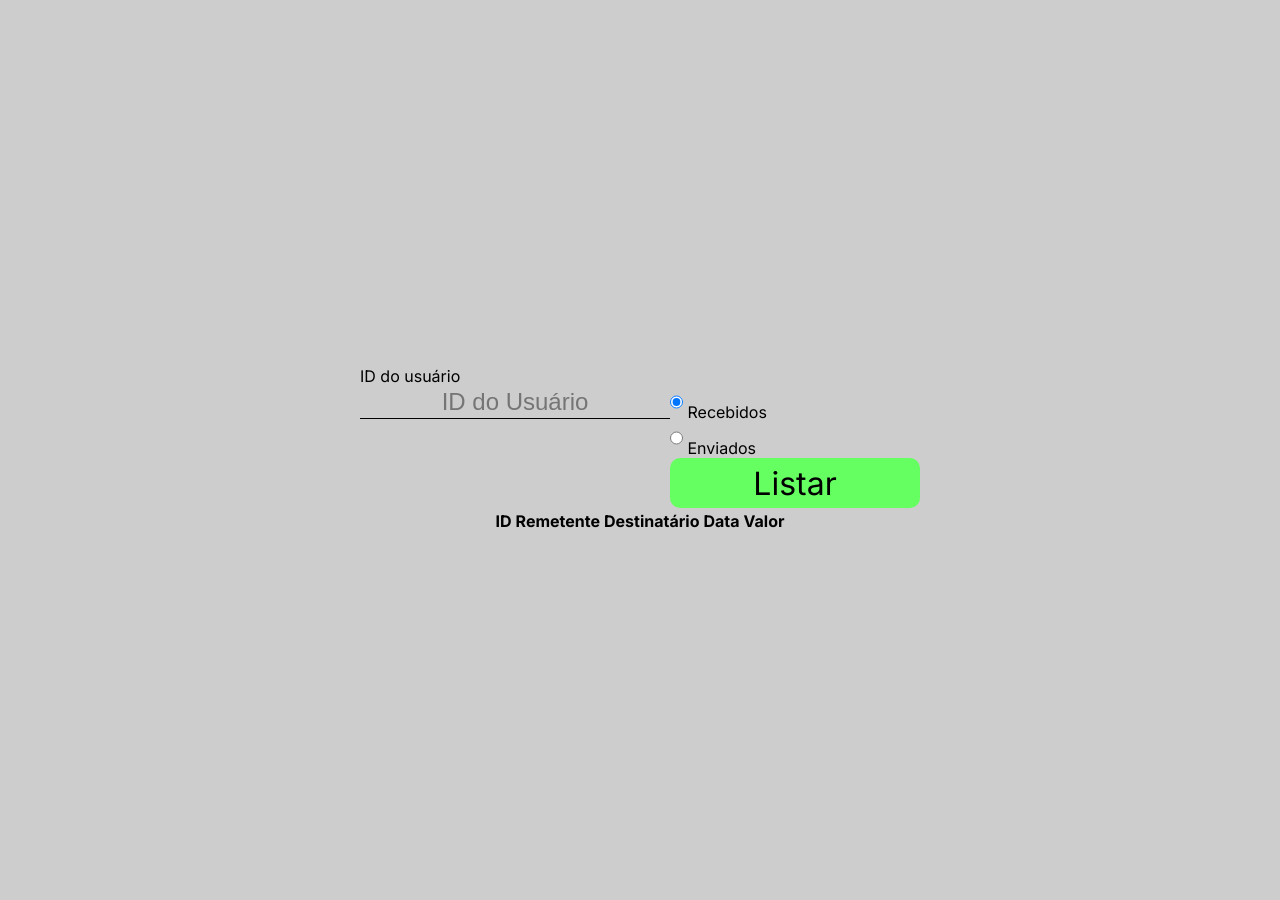
Repository: mateusilva8/tarefa-pix
Page: frontend/index.html
An editor plug-in stored every save of this project. The page is shown before and after the next save, followed by the edit.
The browser window is 1280 px wide. The pictures show the whole page.

Above is the page before, as saved 2023-10-22 14:45:41.

### frontend/index.html
<!DOCTYPE html>
<html lang="pt-BR">
<head>
  <meta charset="UTF-8">
  <meta name="viewport" content="width=device-width, initial-scale=1.0">
  <title>CRIE_TI PIX</title>
  <link rel="stylesheet" href="./css/index.css">
  <link rel="preconnect" href="https://fonts.googleapis.com">
  <link rel="preconnect" href="https://fonts.gstatic.com" crossorigin>
  <link href="https://fonts.googleapis.com/css2?family=Inter:wght@400;700&display=swap" rel="stylesheet">
</head>
<body>
  <div class="container">

    <form id="formulario" class="formulario">
      <label for="id">ID do usuário</label>
      <div class="formulario-body">
        <input class="idInput" type="number" placeholder="ID do Usuário" id="id"></input>
        <div class="formulario-select">
          <div class="form-check">
            <input class="form-check-input" type="radio" name="exampleRadios" id="exampleRadios1" value="received" checked>
            <label class="form-check-label" for="exampleRadios1">Recebidos</label>
          </div>

          <div class="form-check">
            <input class="form-check-input" type="radio" name="exampleRadios" id="exampleRadios2" value="sent">
            <label class="form-check-label" for="exampleRadios2">Enviados</label>
          </div>
          <button type="button" class="btn btn-success" id="botaoListar">Listar</button>
        </div>
      </div>
    </form>

    <table class="table table-bordered">
      <thead>
        <tr>
          <th scope="col">ID</th>
          <th scope="col">Remetente</th>
          <th scope="col">Destinatário</th>
          <th scope="col">Data</th>
          <th scope="col">Valor</th>
        </tr>
      </thead>
      <tbody id="pix-list"></tbody>
    </table>
  </div>



  <script src="https://code.jquery.com/jquery-3.3.1.slim.min.js" integrity="sha384-q8i/X+965DzO0rT7abK41JStQIAqVgRVzpbzo5smXKp4YfRvH+8abtTE1Pi6jizo" crossorigin="anonymous"></script>
  <script src="https://cdnjs.cloudflare.com/ajax/libs/popper.js/1.14.3/umd/popper.min.js" integrity="sha384-ZMP7rVo3mIykV+2+9J3UJ46jBk0WLaUAdn689aCwoqbBJiSnjAK/l8WvCWPIPm49" crossorigin="anonymous"></script>
  <script src="./js/index.js"></script>
</body>
</html>

### frontend/css/index.css
body {
    margin: 0;
    padding: 0;
    font-family: 'Inter', sans-serif;
    background-color: #cdcdcd;
}


.container {
    display: flex;
    flex-direction: column;
    height: 700px;
    margin: 100px;
    justify-content: center;
    align-items: center;
}

.formulario-body {
    display: flex;
    flex-direction: row;
}

input[type=number]::-webkit-inner-spin-button,
    input[type=number]::-webkit-outer-spin-button {
        -webkit-appearance: none;
        margin: 0;
    }

input {
    height: 2rem;
    margin: 0;
    padding: 0;
    border: none;
    border-bottom: 1px solid #000;
    outline: none;
    font-size: 1.5rem;
    text-align: center;
    background-color: #cdcdcd;

    &:focus {
        border-bottom: 2px solid #00f;
    }
}

.btn {
    width: 250px;
    height: 50px;
    font-size: 2rem;
    font-family: 'Inter';
    font-weight: 400;
    background-color: rgb(102, 255, 97);
    border: 0;
    border-radius: 10px;
}

### frontend/js/index.js
let userId = document.getElementById('id');
let type = document.querySelector('#form-check-input:checked');

let form = document.getElementById('formulario');

let pixList = document.getElementById("pix-list");

async function getPixUsuario() {
    let payload = {
        userId: userId.value,
        type: form.exampleRadios.value,
      };

      console.log(JSON.stringify(payload));

      let resposta = await fetch(`http://localhost:3000/pix-api/pix/usuarios`, {
        method: 'POST',
        headers: {
            "Content-type" : 'application/json',
            "Acccept": 'appplication/json'
        },
        body: JSON.stringify(payload)
      });

      let listaPix = await resposta.json();

      console.log(listaPix);

    for (let pix of listaPix) {

      let tr = document.createElement("tr");
      let tdId = document.createElement("th");
      let tdRemetente = document.createElement("td");
      let tdDestinatario = document.createElement("td");
      let tdData = document.createElement("td");
      let tdValor = document.createElement("td");

      let id = pix.id;
      let remetente = pix.sender.name;
      let destinatario = pix.recipient.name;
      let data = pix.createdAt;
      let valor = `R$ ${pix.value}`;

      let dataHora = new Date(data);
      let dia = adicionarZero(dataHora.getDate());
      let mes = adicionarZero(dataHora.getMonth());
      let ano = adicionarZero(dataHora.getFullYear());
      let hora = `${adicionarZero(dataHora.getHours())}:${adicionarZero(dataHora.getMinutes())}`;

      let dataFormatada = `${dia}/${mes}/${ano} às ${hora}H`

      tdId.innerText = id;
      tdRemetente.innerText = remetente;
      tdDestinatario.innerText = destinatario;
      tdData.innerText = dataFormatada;
      tdValor.innerText = valor.replace('.',',');

      tr.appendChild(tdId);
      tr.appendChild(tdRemetente);
      tr.appendChild(tdDestinatario);
      tr.appendChild(tdData);
      tr.appendChild(tdValor);
      pixList.appendChild(tr);
    }
  }

  function adicionarZero (numero) {
    if(String(numero).length == 1) {
        numero = '0' + numero;
      }

    return numero;
  }

  let botaoListar = document.getElementById('botaoListar');
  botaoListar.addEventListener('click', () => {
    pixList.innerHTML = '';
    getPixUsuario();
  })

After the next save:
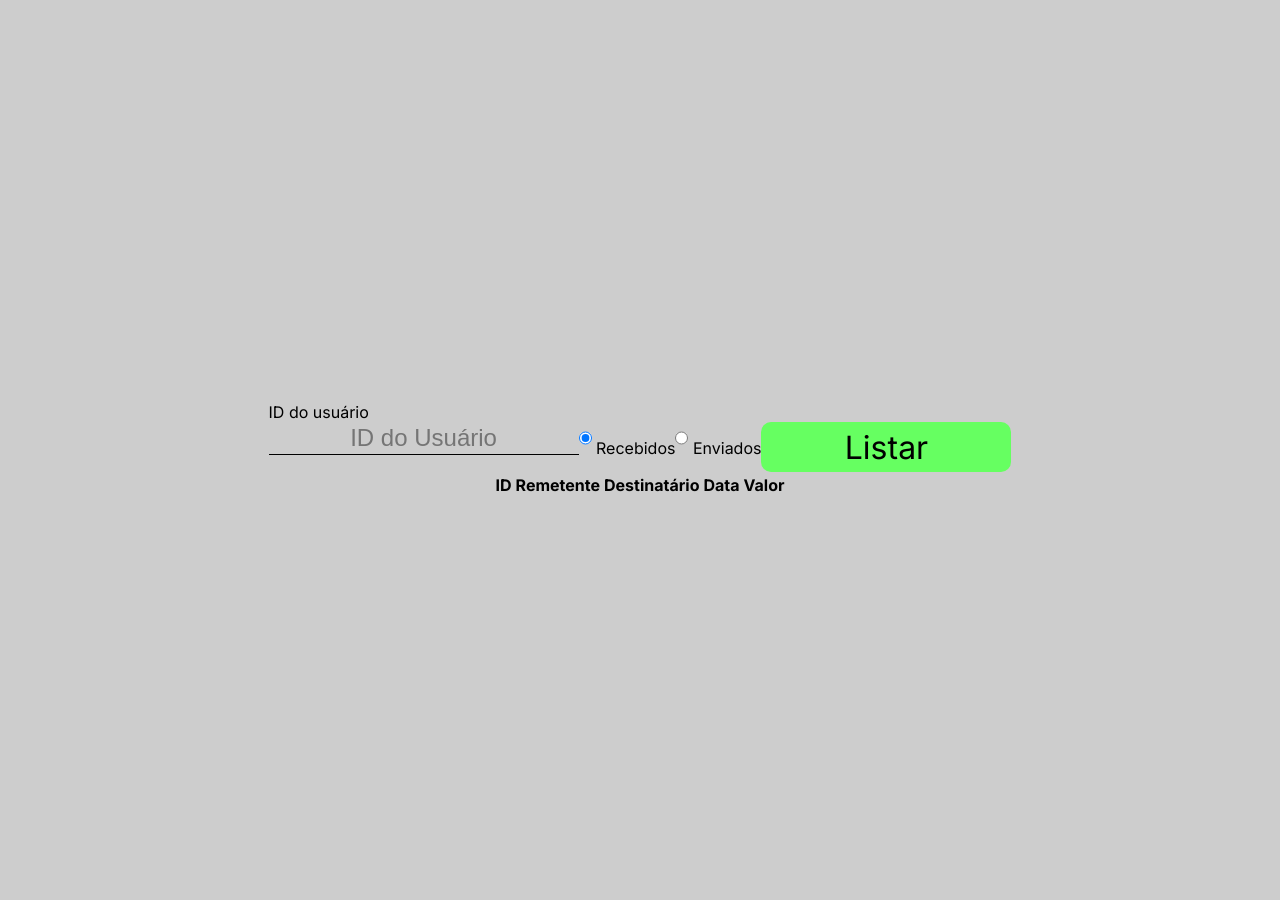
Saved 45 s later.
--- a/frontend/css/index.css
+++ b/frontend/css/index.css
@@ -16,6 +16,11 @@ body {
 }
 
 .formulario-body {
+    display: flex;
+    flex-direction: row;
+}
+
+.formulario-select {
     display: flex;
     flex-direction: row;
 }
